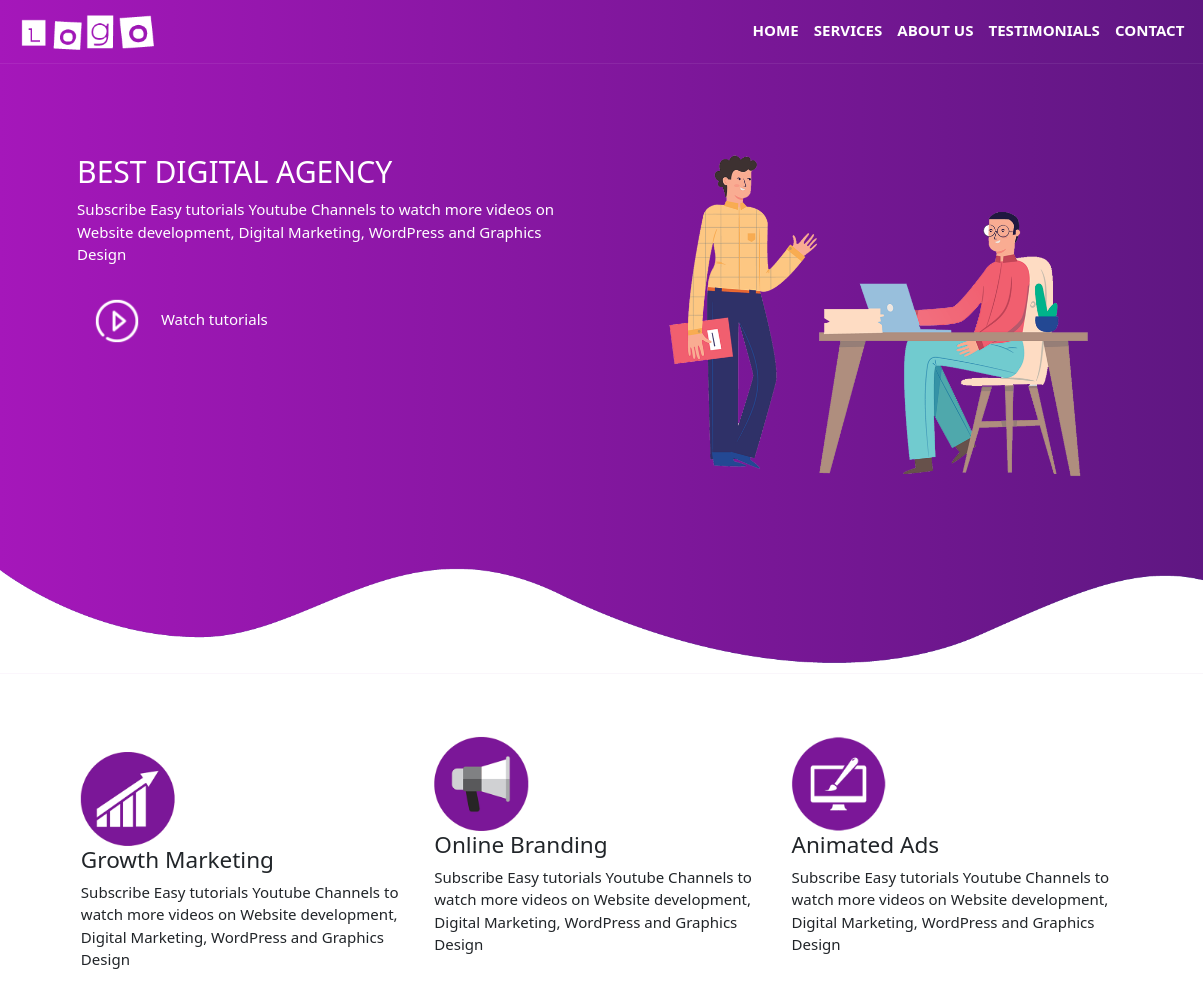
Repository: wadelfadill/Bootstrap_tache_2_website_design
Page: index.html
An editor plug-in stored every save of this project. The page is shown before and after the next save, followed by the edit.
The browser window is 1280 px wide. The pictures show the whole page, at 94% of full size.
Some web libraries are served in a nearby version.

Above is the page before, as saved 2023-04-05 16:26:12.

After the next save:
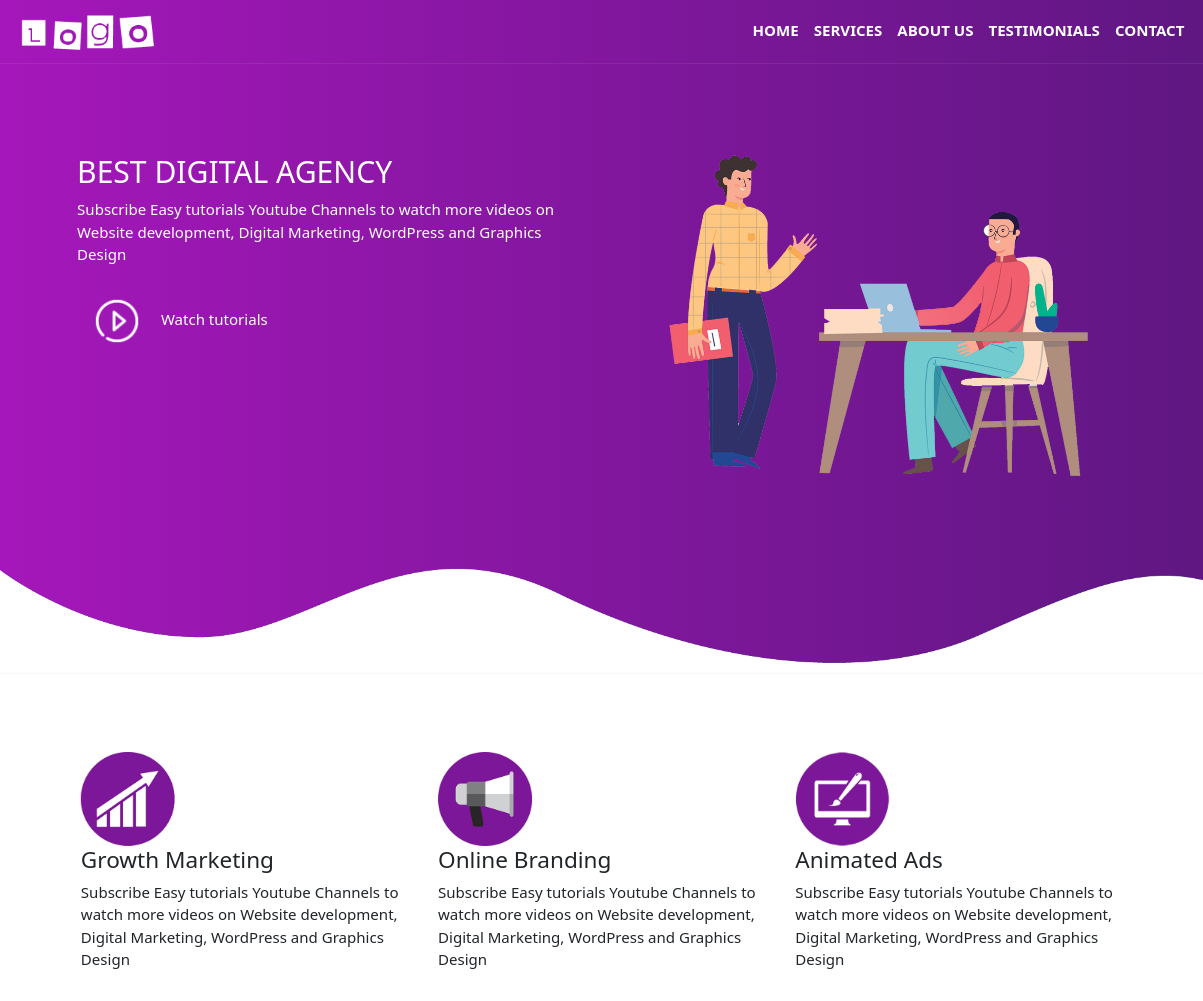
Saved 26 s later.
--- a/index.html
+++ b/index.html
@@ -74,7 +74,7 @@
                 Website development, Digital Marketing, WordPress and Graphics Design
               </p>
             </div>
-            <div class="col-md-4">
+            <div class="col-md-4 p-3">
               <img src="images/service2.png" alt="" class="service-img">
               <h4>Online Branding</h4>
               <p>
@@ -82,7 +82,7 @@
                 Website development, Digital Marketing, WordPress and Graphics Design
               </p>
             </div>
-            <div class="col-md-4">
+            <div class="col-md-4 p-3">
               <img src="images/service3.png" alt="" class="service-img">
               <h4>Animated Ads</h4>
               <p>
